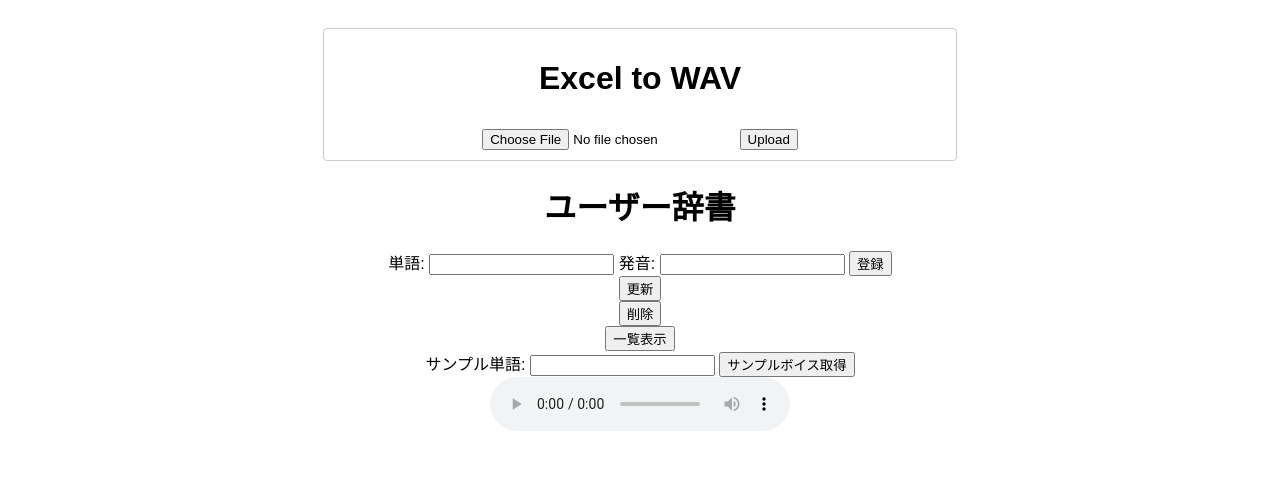
Repository: limonene213u/Excel-to-VOICE
Page: http://localhost/
These files come from the project's save history. The page is drawn as it stood at one moment and after the next save; the edit follows.
The browser window is 1280 px wide. The pictures show the whole page.
The page is served by the project's application, run on Flask 3 (volume/app.py).

Above is the page before, as saved 2023-10-11 00:03:12.
Console error: TypeError: Cannot read properties of null (reading 'addEventListener')

After the next save:
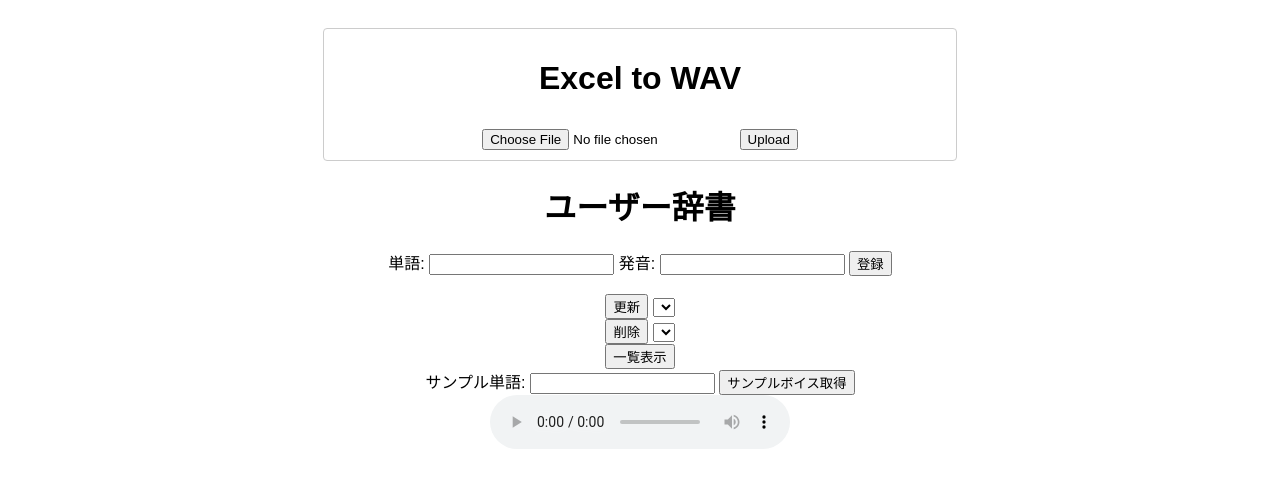
The error is gone.
Saved 88 s later.
--- a/volume/templates/index.html
+++ b/volume/templates/index.html
@@ -32,13 +32,14 @@
     </div>
     <div id="dictionary-form">
         <h1>ユーザー辞書</h1>
-        <form action="/add_word" method="post">
+        <form id="addWordForm" action="/add_word" method="post">
             <label for="word">単語:</label>
             <input type="text" id="word" name="word" required>
             <label for="pronunciation">発音:</label>
             <input type="text" id="pronunciation" name="pronunciation" required>
             <input type="submit" value="登録">
         </form>
+        <br>
         <form action="/update_word" method="post">
             <!-- 既存の単語と発音を選択するためのUI（例：ドロップダウン） -->
             <!-- 更新する単語と発音の入力 -->
